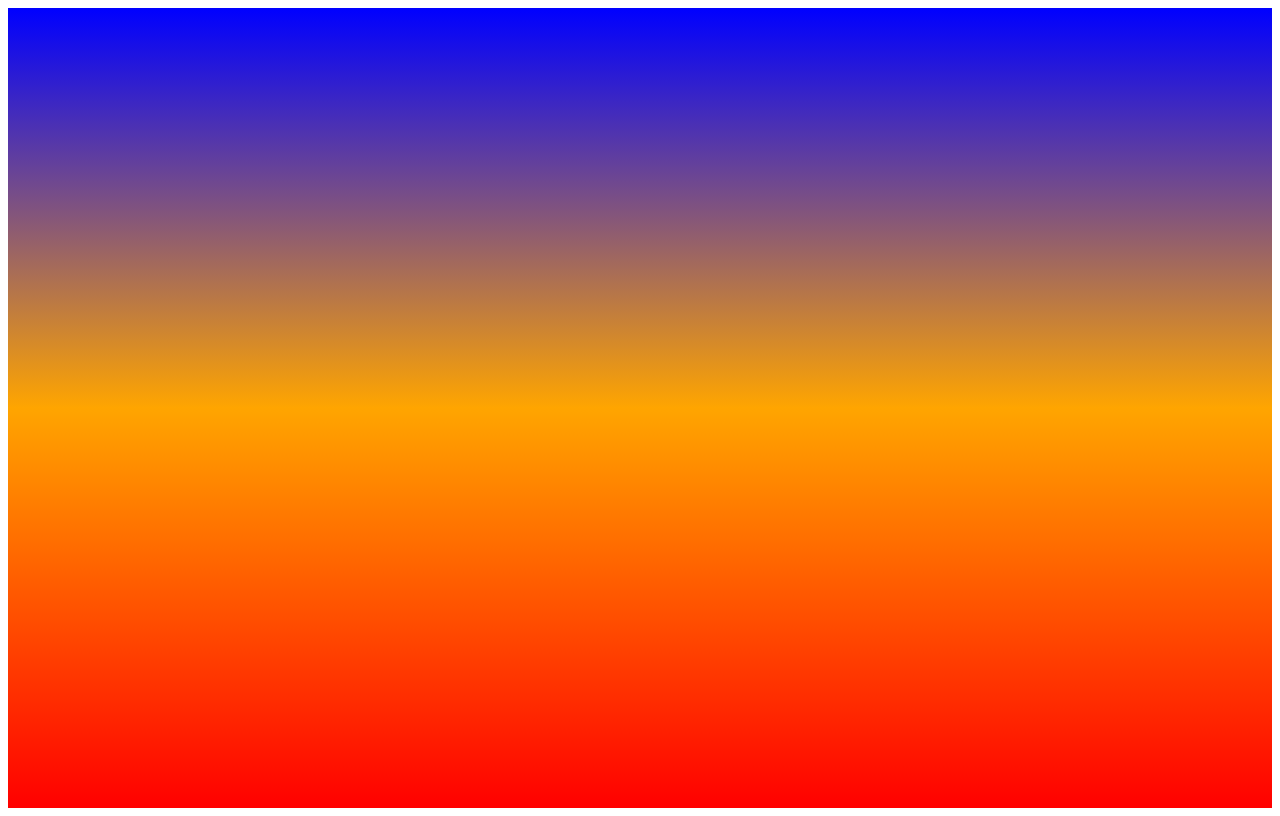
Repository: vaibhaokamble/MY_INSTITUTE_PUNE
Page: SERVLET/RegistrationApplication/src/main/webapp/register.html
These files come from the project's save history. The page is drawn as it stood at one moment and after the next save; the edit follows.
The browser window is 1280 px wide. The pictures show the whole page.

Above is the page before, as saved 2022-10-18 04:13:44.

After the next save:
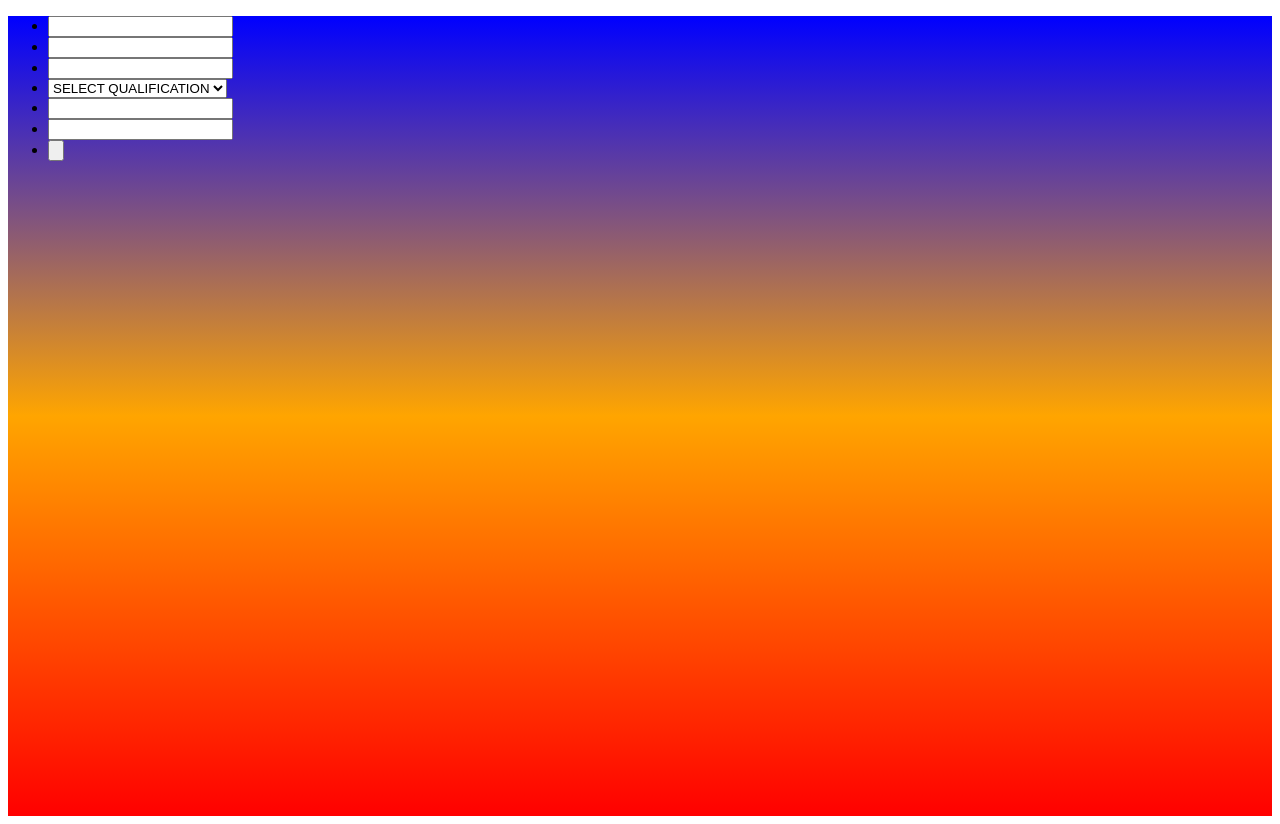
Saved 9 min 40 s later.
--- a/SERVLET/RegistrationApplication/src/main/webapp/register.html
+++ b/SERVLET/RegistrationApplication/src/main/webapp/register.html
@@ -7,7 +7,22 @@
 </head>
 <body>
 <div class="container">
+<ul>
+	<li> <input type='text' name='name' value=''/></li>
+	<li> <input type='text' name='email' value=''/></li>
+	<li> <input type='text' name='contact' value=''/></li>
+	<li> <select name='qual'>
+		<option> SELECT QUALIFICATION </option>
+		<option> MCA</option>
+		<option>B.SC</option>
+		<option>12TH</option>
+		<option>10TH</option>
+	</select></li>
+	<li><input type='text' name='username' value=''/></li>
+	<li><input type='text' name='password' value=''/></li>
+	<li><input type='submit' name='s' value=''/></li>
 
+</ul>
 </div>
 </body>
 </html>
